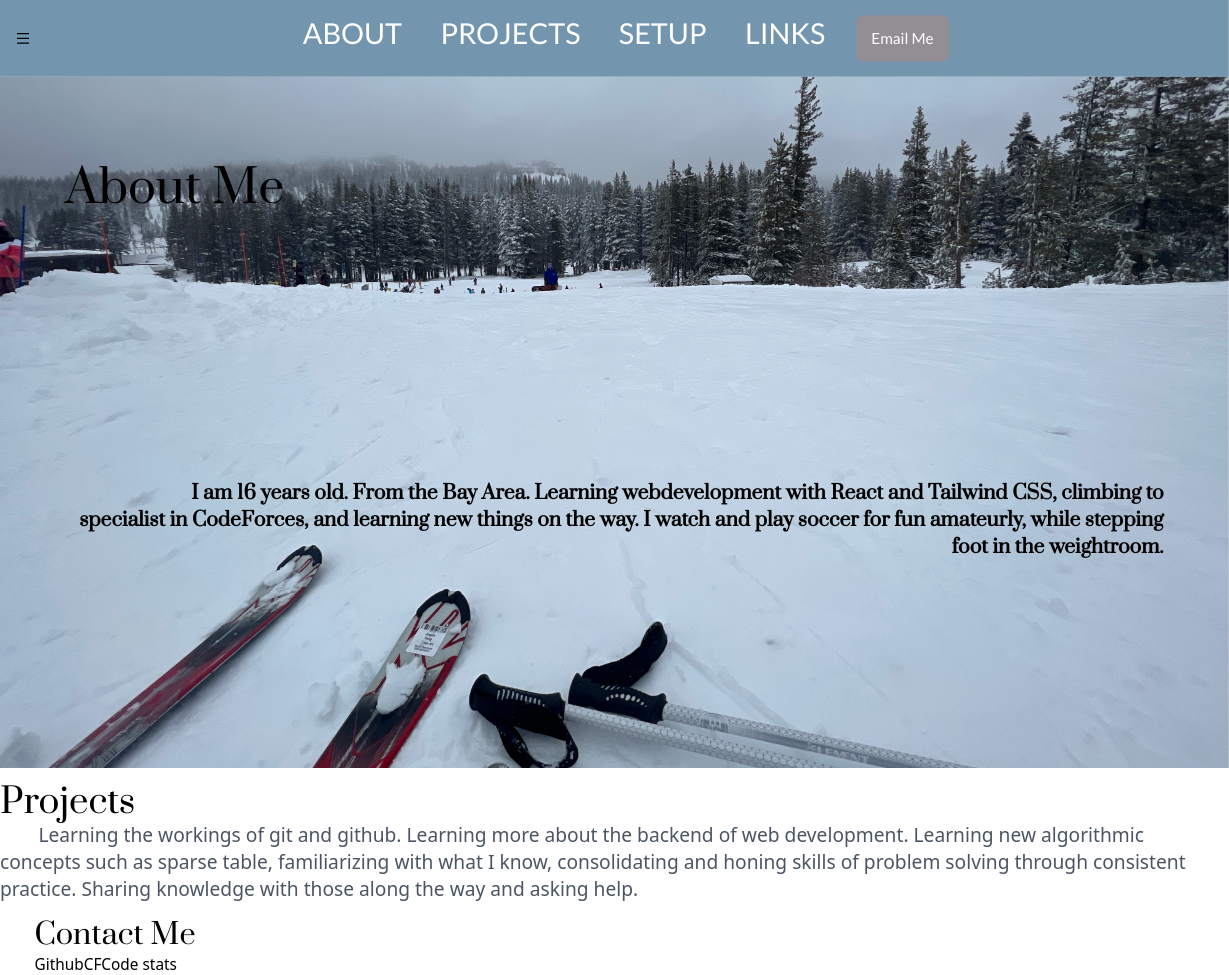
Repository: joshuayanggithub/joshua-yang-website
Page: /
These files come from the project's save history. The page is drawn as it stood at one moment and after a run of saves; the edit follows.
The browser window is 1280 px wide. The pictures show the whole page, at 96% of full size.
Some web fonts or font styles are not loaded; a fallback is used. The project was rebuilt for these pictures with package versions that can differ from the ones it lists, and the page was loaded fresh each time.

Above is the page before, as saved 2023-01-08 03:00:37.

After the next 2 saves:
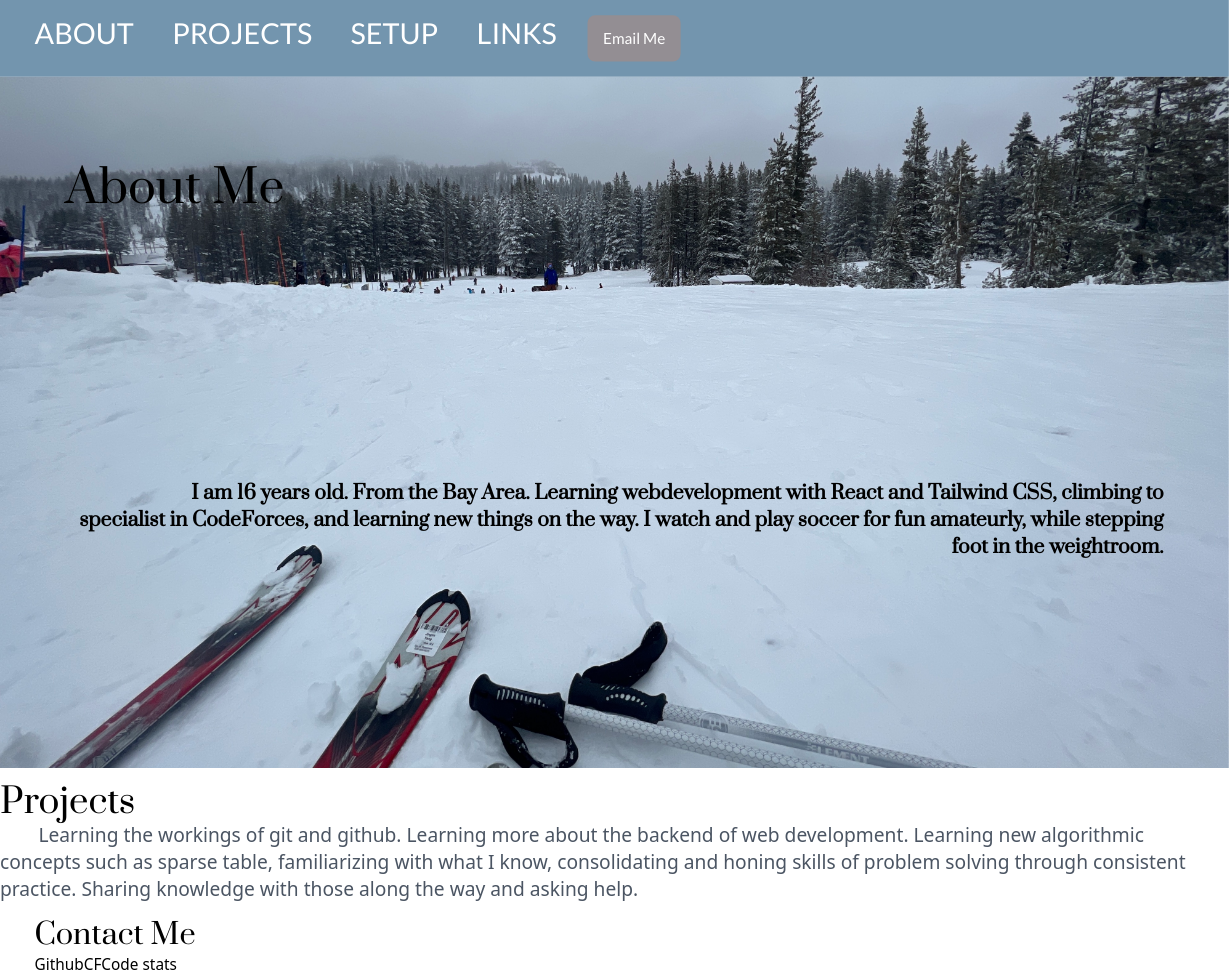
The 2 saves are shown as one change because they came seconds apart.
The last was saved 60 s later.
--- a/src/components/NavBar.jsx
+++ b/src/components/NavBar.jsx
@@ -26,7 +26,7 @@ const NavBar = () => {
 
   return (
     <div class="md:flex bg-sasskyblue w-full justify-between items-center h-20 mx-auto px-4">
-      <div onClick={toggleNav}>
+      <div onClick={toggleNav} class="md:hidden">
         {nav ? <AiOutlineMenu> size={40}</AiOutlineMenu>: null}
       </div>
 
